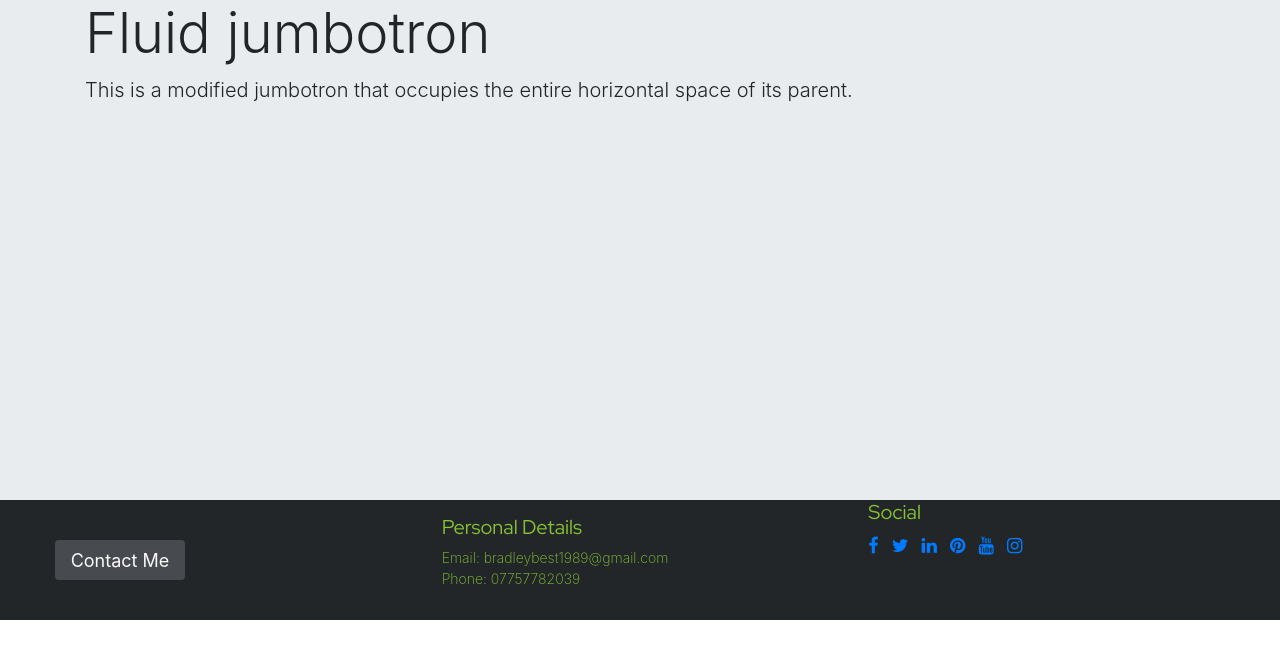
Repository: Brad000/Resume-project
Page: index.html
The author's editor kept a record of every edit. The page is drawn from the files as they stood at one moment, then again after the next edit.
The browser window is 1280 px wide. The pictures show the whole page.

Above is the page before.

After the next edit:
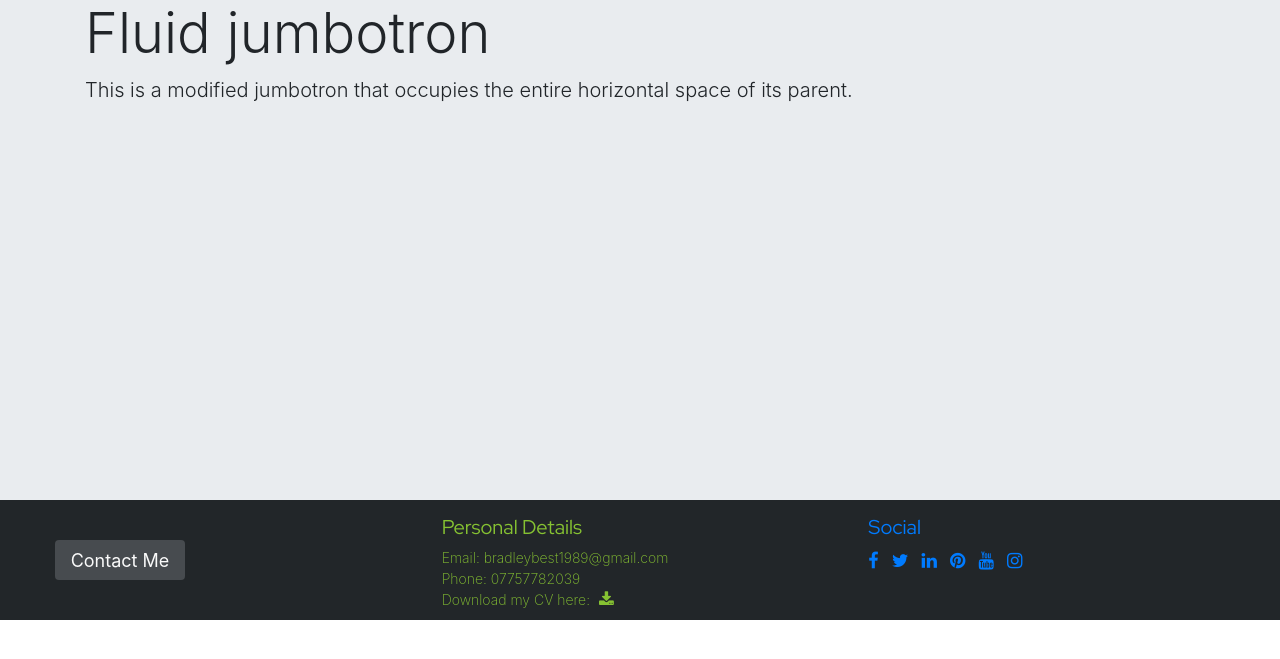
The edit:
--- a/index.html
+++ b/index.html
@@ -38,8 +38,15 @@
                         Phone: 07757782039
                     </p>
                 </div>
+                <div class="personal-info-text">
+                    <p class="cv-text">Download my CV here:
+                        <span><a href="assets/cv/sample-cv.pdf" target="_blank" class="cv-pdf">
+                        <i class="fa fa-download cv-link" aria-hidden="true"></i>
+                        </span>
+                    </p>
+                </div>
             </div>
-            <div class="col-sm-4">
+            <div class="col-sm-4 footer-headings">
                 <h5 class="sub-headings">Social</h5>
                 <ul class="list-inline social-links">
                     <li class="list-inline-item">
